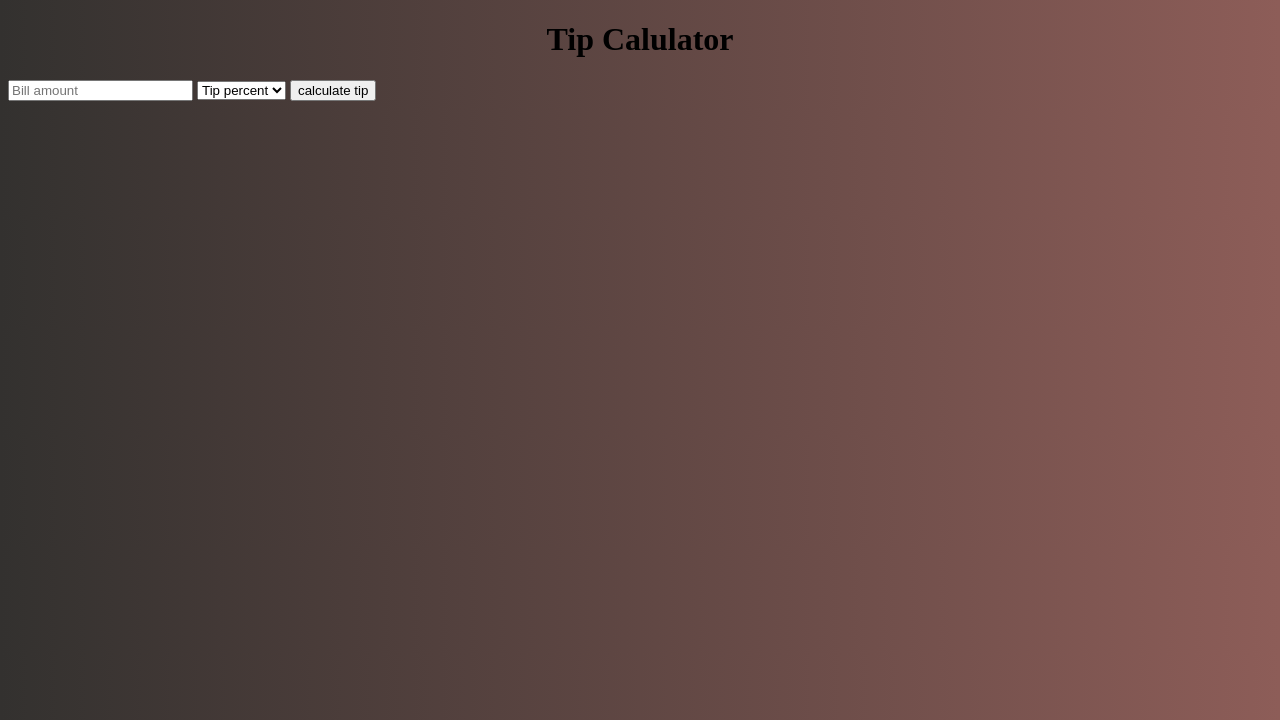
Repository: NiutaR/tip-calculator
Page: index.html
An editor plug-in stored every save of this project. The page is shown before and after the next save, followed by the edit.
The browser window is 1280 px wide. The pictures show the whole page.

Above is the page before, as saved 2021-07-28 18:55:27.
Console error: SyntaxError: Identifier 'totalBillAmount' has already been declared

### index.html
<!DOCTYPE html>
<html lang="en">

<head>
    <meta charset="UTF-8">
    <meta http-equiv="X-UA-Compatible" content="IE=edge">
    <meta name="viewport" content="width=device-width, initial-scale=1.0">
    <link rel="stylesheet" href="style.css">
    <title>Tip Calculator</title>
</head>

<body>

    <!--<div id="container">
        <h1>Tip Calculator</h1>
        <div id="calculator">


            <form>
                <p>How much was your bill?
                <p>
                    $ <input id="billamt" type="text" placeholder="Bill Amount">

                <p>How was your service?
                <p>
                    <select id="serviceQual">
                        <option disabled selected value="0">-- Choose an Option --</option>
                        <option value="0.3">30&#37; &#45; Outstanding</option>
                        <option value="0.2">20&#37; &#45; Good</option>
                        <option value="0.15">15&#37; &#45; It was OK</option>
                        <option value="0.1">10&#37; &#45; Bad</option>
                        <option value="0.05">5&#37; &#45; Terrible</option>
                    </select>

            </form>
            <p>How many people are sharing the bill?</p>
            <input id="peopleamt" type="text" placeholder="Number of People"> people
            <button type="button" id="calculate">Calculate!</button>

        </div>-->




   <!--<div id="calculator">
       <h1>Tip Calculator</h1>
            <form id="mainForm">
                <p>How much was your bill?</p>
                <input id="amount" type="text" placeholder="Bill Amount" value=""> $
                <p>How was your service?</p>
                <label><input name="service" type="radio" value="0.3">30&#37 - Outstanding</label>
                <label><input name="service" type="radio" value="0.2">20&#37 - Good</label>
                <label><input name="service" type="radio" value="0.15">15&#37 - OKish</label>
                <label><input name="service" type="radio" value="0.1">10&#37 - Bad</label>
                <label><input name="service" type="radio" value="0.05">0&#37 - Never coming back</label>
                <p>How many people are sharing the bill?</p>
                <select id="person">
                    <option value="1">1</option>
                    <option value="2">2</option>
                    <option value="3">3</option>
                    <option value="4">4</option>
                    <option value="5">5</option>
                    <option value="6">6</option>
                    <option value="7">7</option>
                    <option value="8">8</option>
                    <option value="9">9</option>
                    <option value="10">10</option>
                </select>
                <br>
                <button onclick="TotalBillAmount()" id="btn">Calculate now</button>


            <div id="totalTip">
                <sup>$</sup><span id="tip">0.00</span>
                <small id="each">each</small>
            </div>
        </form>
        </div>-->
        <div class="container">
            <h1>Tip Calulator</h1>
            <input type="text" placeholder="Bill amount" class="text-input">
            <select>
              <option value="" disabled="disabled" selected="selected">Tip percent</option>
                <option value="10">10%</option>
                <option value="15">15%</option>
                <option value="20">20%</option>
            </select>
            <input type="submit" value="calculate tip" class="button">
          </div>
          <div id='result'>

          </div>
    <script src="index.js"></script>
</body>

</html>

### style.css
body {
    background: coral;
    background: -webkit-linear-gradient(to left, #8d817f, #cecac5);
    /* Chrome 10-25, Safari 5.1-6 */
    background: linear-gradient(to left, #8d5d58, #33312f);
}

h1 {
    text-align: center;
}
#mainForm {
    text-align: center;
    border: 2px solid black;
    width: 500px;
    height: 600px;
    margin: 0 auto;
}
label {
    display: block;
    padding-top: 10px;
}
p {
    font-size: 20px;
}
button {
    font-size: 25px;
    margin-top: 20px;
    background-color: #8d817f;
    box-sizing: border-box;


}
button:before {
    content:'';
    position: absolute;
    top: 0;
    left: 0;
    width: 0;
    height: 42px;
    background: rgba(59, 21, 21, 0.3);
    border-radius: 5px;
    transition: all 2s ease;
}
button:hover:before {
	width: 100%;
}

### index.js
/*Your project should have a button Calculate that will return the Tip value for each person based on next calculation:
(TotalBillAmount * ServiceLevel)/NumberOfPersons  */

//const TotalBillAmount = document.getElementById('amount');

/*function ServiceLevel() {
    let radioBtn = document.getElementById('service');
    for(let i = 0; i < radioBtn.length; i++) {
        if(radioBtn[i].checked) {

        }
    }
}*/
//getting values fro radio buttons
/*const calculate = document.getElementById('btn');
document.btn.onclick = function() {
    let ServiceLevel = document.querySelector('input[name = service]:checked').value;
    totalTip.innerHTML = "Your bil" + ServiceLevel;
}*/


/*function NumberOfPersons() {
    let select = document.getElementById('person');
    let value = select.options[select.selectedIndex].value;
    console.log(value);
}

function calculate() {
    return (TotalBillAmount * ServiceLevel) / NumberOfPersons;
}
console.log(calculate());*/

function calculateTip(totalBillAmount, serviceLevel) {
    let totalBillAmount = document.getElementById('amount').value;
    let serviceLevel = document.getElementsByName('service');
    let numberOfPersons = document.getElementById('person').value;

    //getting radio buttons

    for (let i = 0; i < service.length; i++) {
        if (service[i].checked) {
            alert(service[i].value);
        }
    }



}

After the next save:
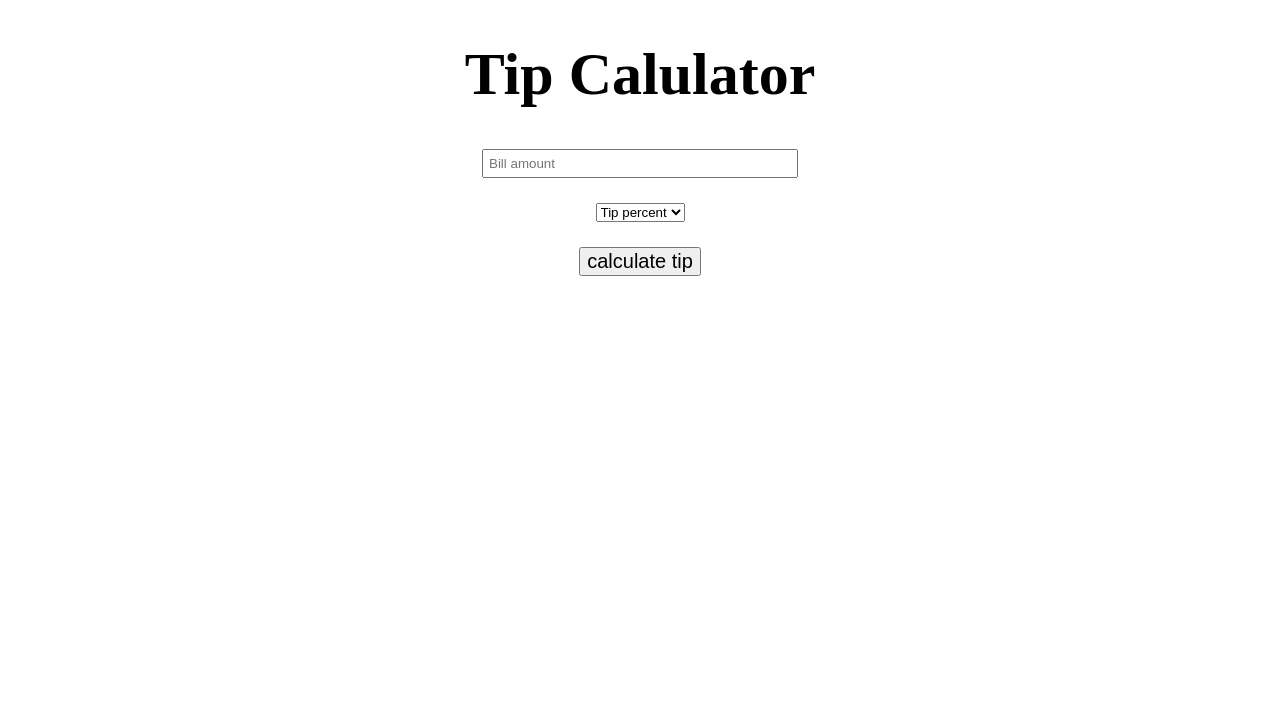
Saved 7 s later.
--- a/style.css
+++ b/style.css
@@ -1,46 +1,35 @@
 body {
-    background: coral;
-    background: -webkit-linear-gradient(to left, #8d817f, #cecac5);
-    /* Chrome 10-25, Safari 5.1-6 */
-    background: linear-gradient(to left, #8d5d58, #33312f);
-}
+    font-family: 'Comic Sans MS';
+  }
 
-h1 {
+  .container {
     text-align: center;
-}
-#mainForm {
+  }
+
+  .button {
+    font-size: 20px;
+  }
+
+  h1 {
+    font-size: 60px;
+  }
+
+  .text-input {
+    padding: 5px 130px 5px 5px;
+    margin-bottom: 25px;
+  }
+
+  .button, select {
+    display: block;
+    margin: auto;
+  }
+
+  select {
+    margin-bottom: 25px;
+  }
+
+  #result {
     text-align: center;
-    border: 2px solid black;
-    width: 500px;
-    height: 600px;
-    margin: 0 auto;
-}
-label {
-    display: block;
-    padding-top: 10px;
-}
-p {
-    font-size: 20px;
-}
-button {
-    font-size: 25px;
-    margin-top: 20px;
-    background-color: #8d817f;
-    box-sizing: border-box;
-
-
-}
-button:before {
-    content:'';
-    position: absolute;
-    top: 0;
-    left: 0;
-    width: 0;
-    height: 42px;
-    background: rgba(59, 21, 21, 0.3);
-    border-radius: 5px;
-    transition: all 2s ease;
-}
-button:hover:before {
-	width: 100%;
-}
+    margin: 20px;
+    font-size: 45px;
+  }
